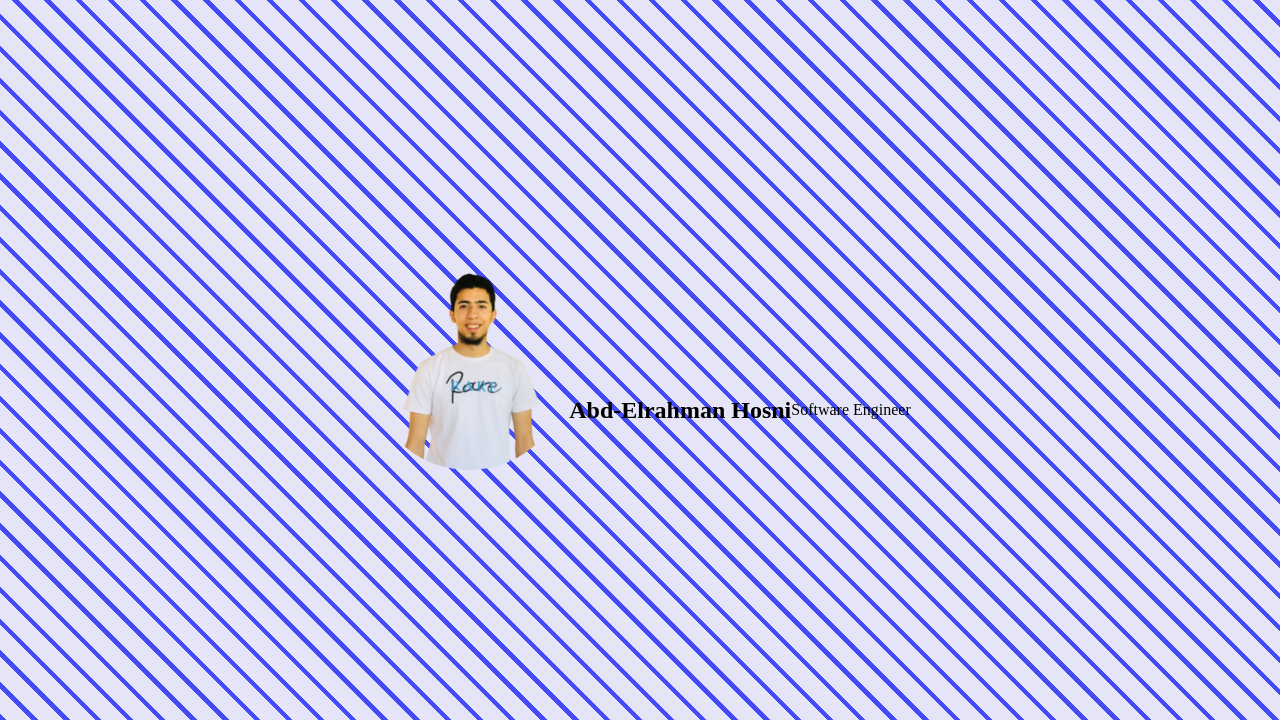
Repository: Abdo-Hosni123/Html-and-css-projects
Page: index.html
An editor plug-in stored every save of this project. The page is shown before and after the next save, followed by the edit.
The browser window is 1280 px wide. The pictures show the whole page.

Above is the page before, as saved 2023-12-05 22:11:24.

### index.html
<!DOCTYPE html>
<html lang="en">
<head>
    <meta charset="UTF-8">
    <meta name="viewport" content="width=device-width, initial-scale=1.0">
    <title>Abd-Elrahman Honsi's profile component</title>
    <link rel="stylesheet" href="Style.css">
</head>
<body>
    <div class="container">
        <article class="card">
            <div class="top"></div>
            <div class="middle">
                <img src="./assets/mypicture.webp" alt="picture of Abdelrahman Hosni" class="card-img">
                <h1>Abd-Elrahman Hosni</h1>
                <p>Software Engineer</p>
            </div>
            <div class="bottom"></div>
        </article>

    </div>
</body>
</html>

### Style.css

*, *::before, *::after {
box-sizing: border-box;
}
* {
margin: 0;
}
body {
line-height: 1.5;
-webkit-font-smoothing: antialiased;
}

img, picture, video, canvas, svg {
display: block;
max-width: 100%;
}

input, button, textarea, select {
font: inherit;
}

p, h1, h2, h3, h4, h5, h6 {
overflow-wrap: break-word;
}

#root, #__next {
isolation: isolate;
}
.container{
    display: flex;
    align-items: center;
    justify-content: center;
    min-height: 100vh;
    background-color: #e5e5f7;
    background: repeating-linear-gradient( 45deg, #444cf7, #444cf7 4.5px, #e5e5f7 4.5px, #e5e5f7 22.5px );

}
.card {
    display: flex;
    flex-direction: column;
    min-width: 350px;
    border-radius: 10px;
    overflow: hidden;
}
.top {
    height: 100px;
    background-color: #000000;
    opacity: 1;
    background-image: radial-gradient(#000000 0.45px, #000000 0.45px);
    background-size: 9px 9px;
    z-index: -1;
}
.middle{
    display: flex;
    align-items: center;
}
.card-img{
    margin-top: -80px;
    border-radius: 50%;
    height: 200px;
    z-index: 2;
}

After the next save:
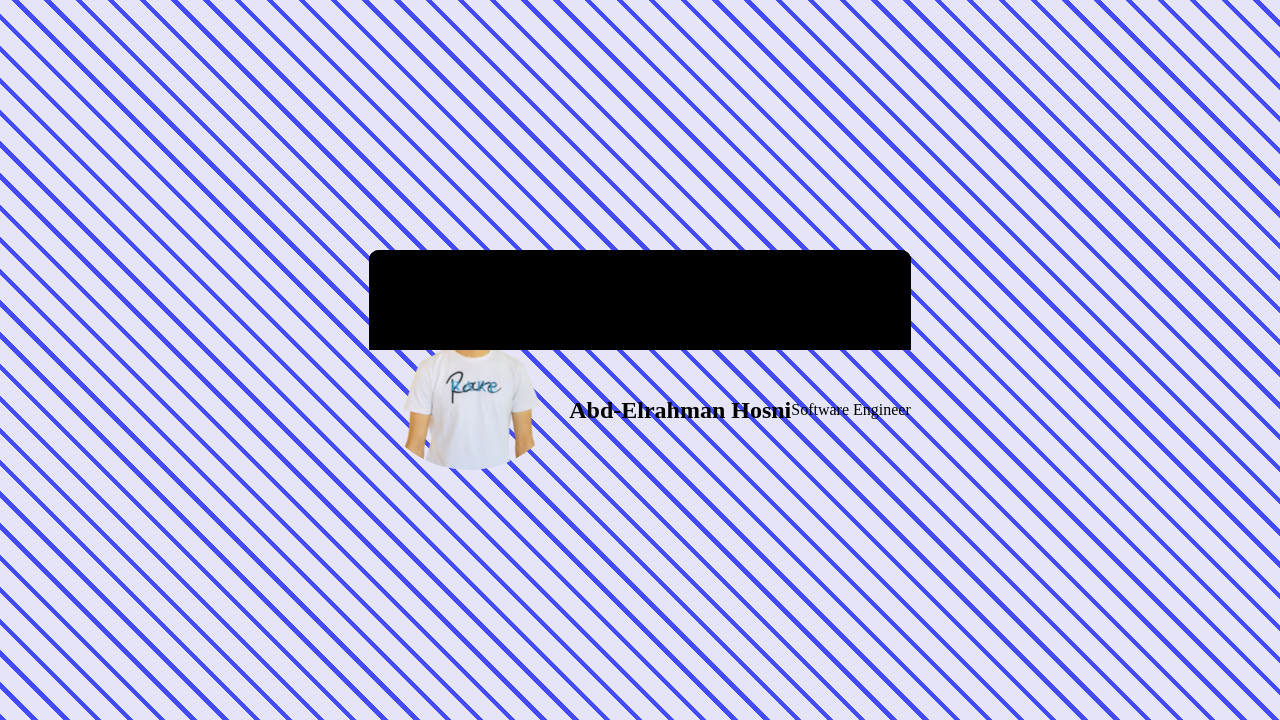
Saved 6 s later.
--- a/Style.css
+++ b/Style.css
@@ -48,7 +48,7 @@
     opacity: 1;
     background-image: radial-gradient(#000000 0.45px, #000000 0.45px);
     background-size: 9px 9px;
-    z-index: -1;
+    z-index: 11;
 }
 .middle{
     display: flex;
